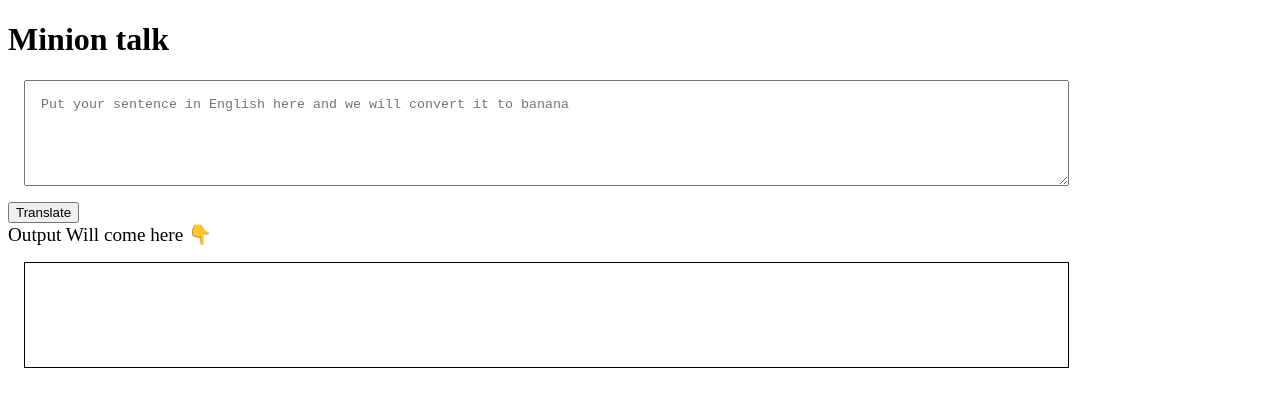
Repository: sohan2503001/Avator-speak
Page: index.html
The author's editor kept a copy of each file at every save. The page is drawn from the files as they stood at one save, then again after a run of saves.
The browser window is 1280 px wide. The pictures show the whole page.

Above is the page before, as saved 2021-04-21 03:30:45.

### index.html
<!DOCTYPE html>
<html lang="en">

<head>
    <meta charset="UTF-8">
    <meta http-equiv="X-UA-Compatible" content="IE=edge">
    <meta name="viewport" content="width=device-width, initial-scale=1.0">
    <title>Minion Speak</title>
    <link rel="stylesheet" href="style.css">
</head>

<body>
    <h1>Minion talk</h1>
    <textarea id="txt-input" placeholder="Put your sentence in English here and we will convert it to banana"></textarea>
    <button id="btn-translate" >Translate</button>

    <div style="font-size: larger;">Output Will come here 👇</div>
    <div id="output"></div>

    <script src="app.js" type="text/javascript"></script>
</body>

</html>

### style.css
:root{
    --primary-color:#F87171;
}

/**header**/
h1{
    background-color: ;
}


textarea{
    width: 80%;
    height: 10vh;
    display: block;
    margin: 1rem;
    padding: 1rem;
}

#output{
    border: 1px solid black;
    height: 10vh;
    width: 80%;
    margin: 1rem;
    padding: 1rem;
}

### app.js
var btnTranslate = document.querySelector("#btn-translate");
var txtInput = document.querySelector("#txt-input");
var outputDiv = document.querySelector("#output");

var serverURL = "https://api.funtranslations.com/translate/minion.json"

function getTranslationURL(text) {
    return serverURL + "?" + "text=" + text
}

function clickHandler() {
    var inputText = txtInput.value;
    fetch(getTranslationURL(inputText))
        .then(response => response.json())
        .then(json => {
            var translatedText = json.contents.translated;
            outputDiv.innerHTML = translatedText;
        })
};

btnTranslate.addEventListener("click", clickHandler);

After the next 2 saves:
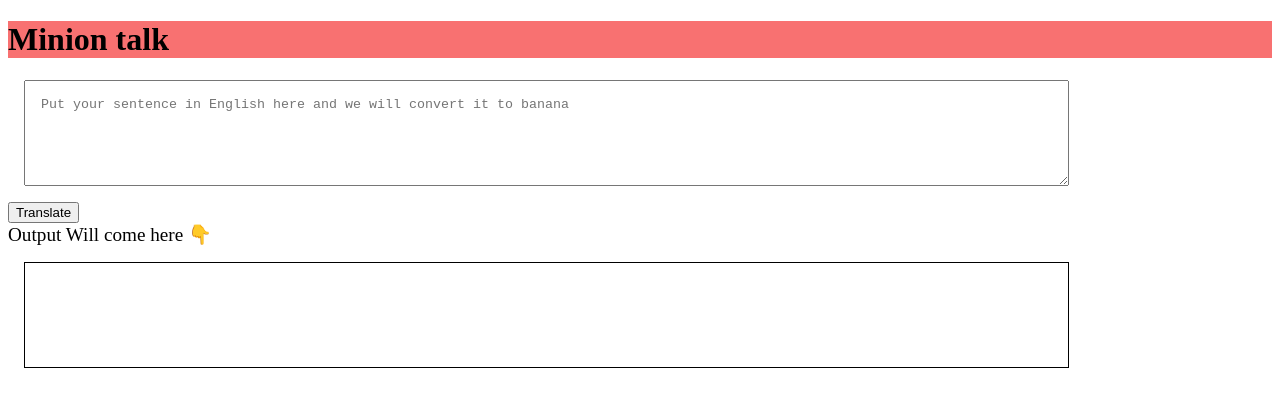
The 2 saves are shown as one change because they came seconds apart.
The last was saved 7 s later.
--- a/style.css
+++ b/style.css
@@ -4,7 +4,7 @@
 
 /**header**/
 h1{
-    background-color: ;
+    background-color: var(--primary-color);
 }
 
 
